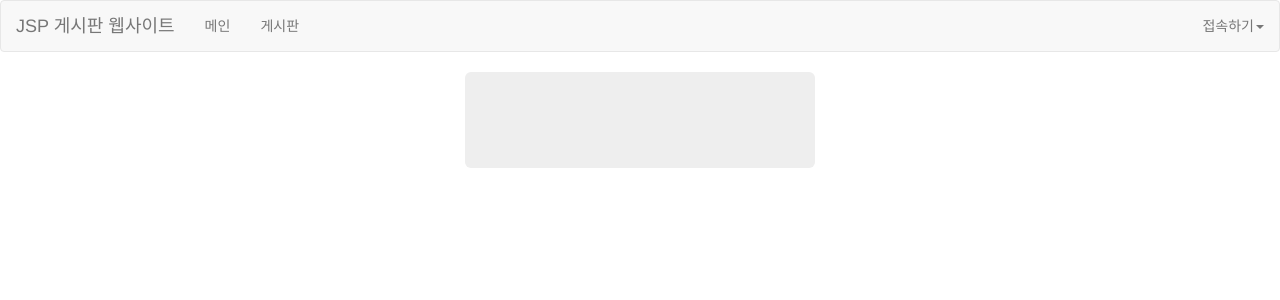
Repository: dofd6220/JSP-
Page: http://localhost/BBS/login.jsp
An editor plug-in stored every save of this project. The page is shown before and after the next save, followed by the edit.
The browser window is 1280 px wide. The pictures show the whole page.
Some web libraries are served in a nearby version. The page is served by Tomcat 9.

Above is the page before, as saved 2023-11-18 12:00:16.

After the next save:
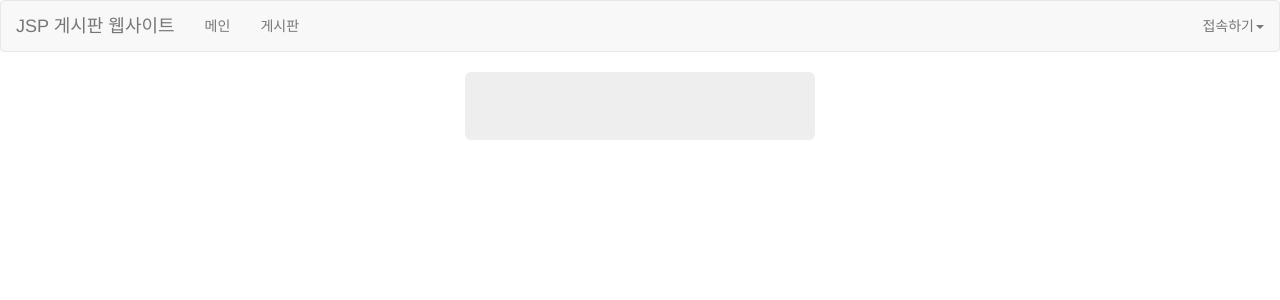
Saved 12 s later.
--- a/BBS/src/main/webapp/login.jsp
+++ b/BBS/src/main/webapp/login.jsp
@@ -43,7 +43,7 @@
 	<div class="container">
 		<div class="col-lg-4"></div>
 		<div class="col-lg-4">
-			<div class="jumbotron"></div>
+			<div class="jumbotron" style="padding-top: 20px"></div>
 		</div>
 	</div>
 	<script src="https://code.jquery.com/jquery-3.1.1.min.js"></script>
